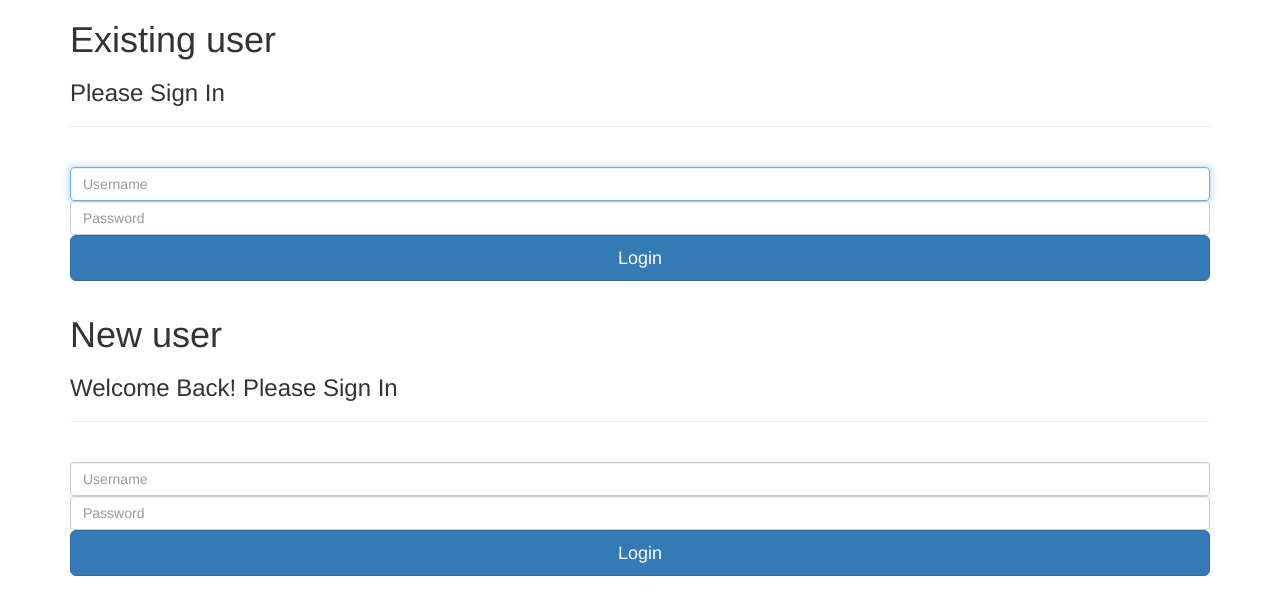
Repository: DonWhelan/Request-Hub
Page: http://localhost/
The author's editor kept a record of every edit. The page is drawn from the files as they stood at one moment, then again after the next edit.
The browser window is 1280 px wide. The pictures show the whole page.
Some web libraries are served in a nearby version. The page is run by PHP 8.4 with error messages shown; the project is at /var/www/html/.

Above is the page before.
Console error (its wording comes from the project's code and is left out).

### index.php
<html>
<head>
    <link href="//maxcdn.bootstrapcdn.com/bootstrap/3.3.0/css/bootstrap.min.css" rel="stylesheet" id="bootstrap-css">
<script src="//maxcdn.bootstrapcdn.com/bootstrap/3.3.0/js/bootstrap.min.js"></script>
<script src="//code.jquery.com/jquery-1.11.1.min.js"></script>

</head>


<div class = "container">
	<h1>Existing user</h1>
	<div class="wrapper">

		<form action="indexLoginVal.php" method="post" name="Login_Form" class="form-signin" >
		     <h3 class="form-signin-heading">Please Sign In</h3>
			  <hr class="colorgraph"><br>

			  <input type="text" class="form-control" name="username" placeholder="Username" required="" autofocus="" />
			  <input type="password" class="form-control" name="password" placeholder="Password" required=""/>

			  <button class="btn btn-lg btn-primary btn-block"  name="Submit" value="Login" type="Submit">Login</button>
		</form>

	</div>
</div>

<div class = "container">
	<h1>New user</h1>
	<div class="wrapper">

		<form action="indexLoginVal.php" method="post" name="Login_Form" class="form-signin" >
		     <h3 class="form-signin-heading">Welcome Back! Please Sign In</h3>
			  <hr class="colorgraph"><br>

			  <input type="text" class="form-control" name="username" placeholder="Username" required="" autofocus="" />
			  <input type="password" class="form-control" name="password" placeholder="Password" required=""/>

			  <button class="btn btn-lg btn-primary btn-block"  name="Submit" value="Login" type="Submit">Login</button>
		</form>

	</div>
</div>







</html>

After the next edit:
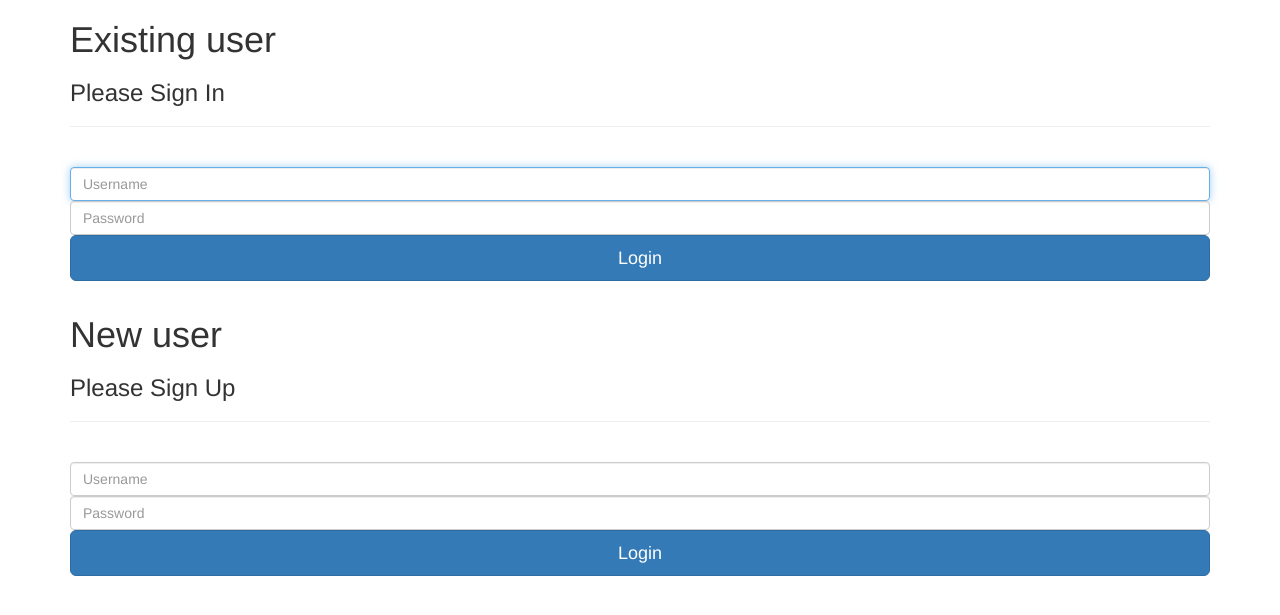
The edit:
--- a/index.php
+++ b/index.php
@@ -28,8 +28,8 @@
 	<h1>New user</h1>
 	<div class="wrapper">
 
-		<form action="indexLoginVal.php" method="post" name="Login_Form" class="form-signin" >
-		     <h3 class="form-signin-heading">Welcome Back! Please Sign In</h3>
+		<form action="newUser.php" method="post" name="Login_Form" class="form-signin" >
+		     <h3 class="form-signin-heading">Please Sign Up</h3>
 			  <hr class="colorgraph"><br>
 
 			  <input type="text" class="form-control" name="username" placeholder="Username" required="" autofocus="" />
